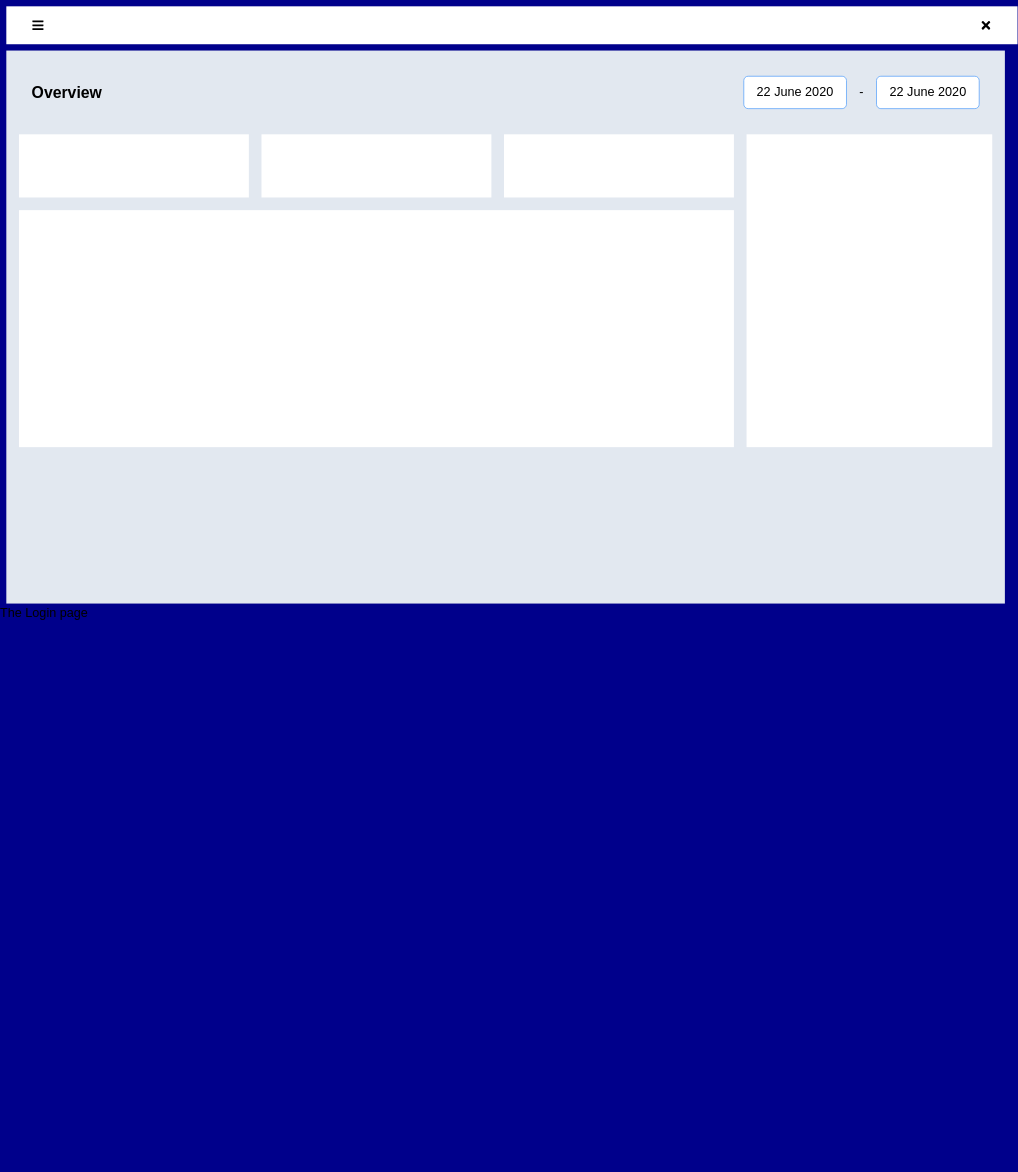
Repository: AngusOnyebuchi/Dashboard
Page: /
The author's editor kept a copy of each file at every save. The page is drawn from the files as they stood at one save, then again after a run of saves.
The browser window is 1280 px wide. The page is 1288 px wide, so the pictures cover 1288 px, including what lies to the right of the window. The pictures show the whole page, at 79% of full size.
The project was rebuilt for these pictures with package versions that can differ from the ones it lists, and the page was loaded fresh each time.

Above is the page before, as saved 2022-05-16 12:05:06.

After the next 5 saves:
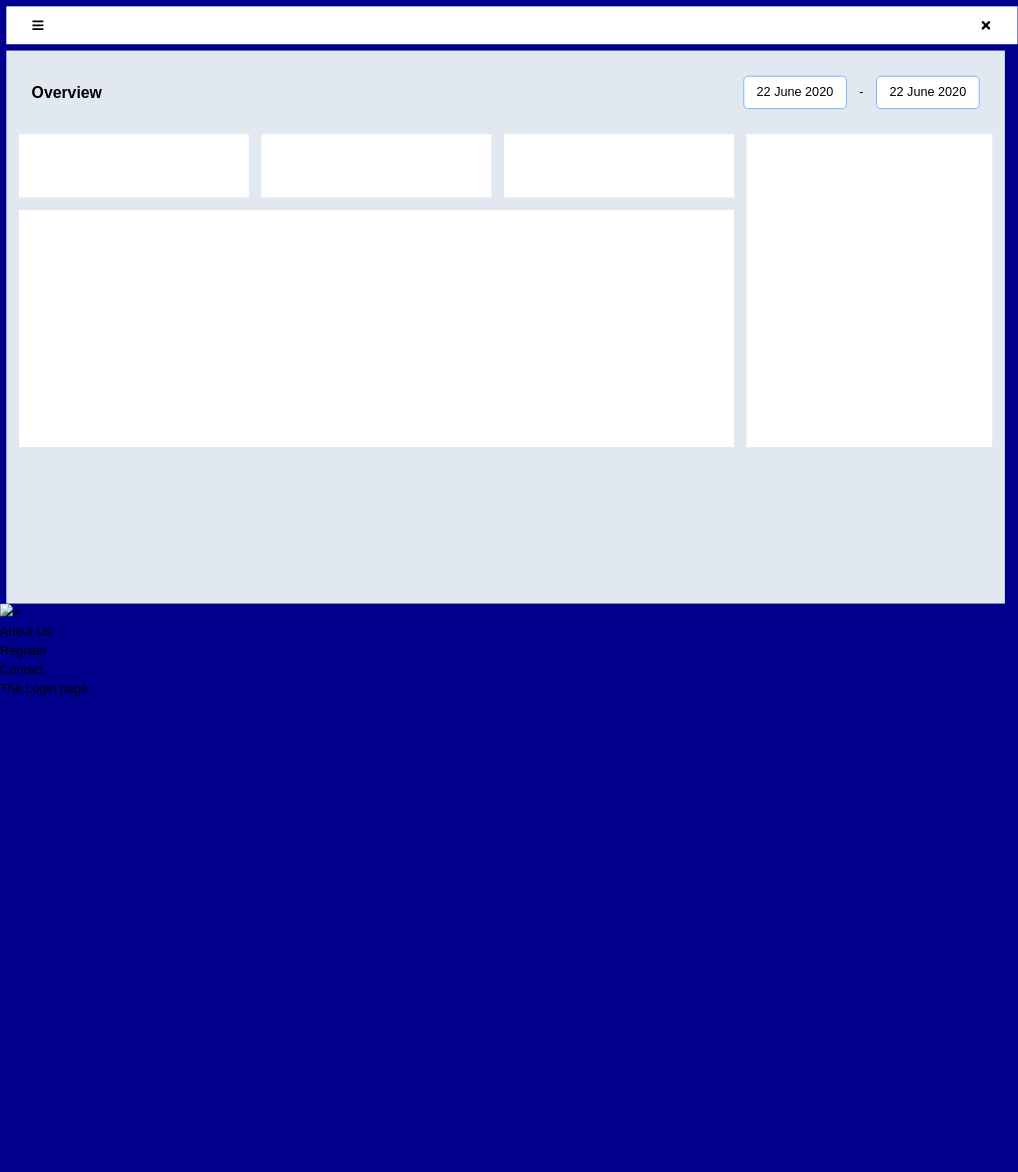
The 5 saves are shown as one change because 4 did not build or start.
The last was saved 45 min 28 s later.
--- a/src/components/Login.js
+++ b/src/components/Login.js
@@ -3,7 +3,21 @@ import React from 'react'
 export default function Login() {
   return (
     <div className='w-full h-screen'>
+
+        <div>
+        <div>
+            <img alt='e'/>
+            <div>
+                <p>About Us</p>
+                <p>Register</p>
+                <p>Contact</p>
+            </div>
+        </div>
+
         <h1>The Login page</h1>
+        </div>
+
+
     </div>
   )
 }
